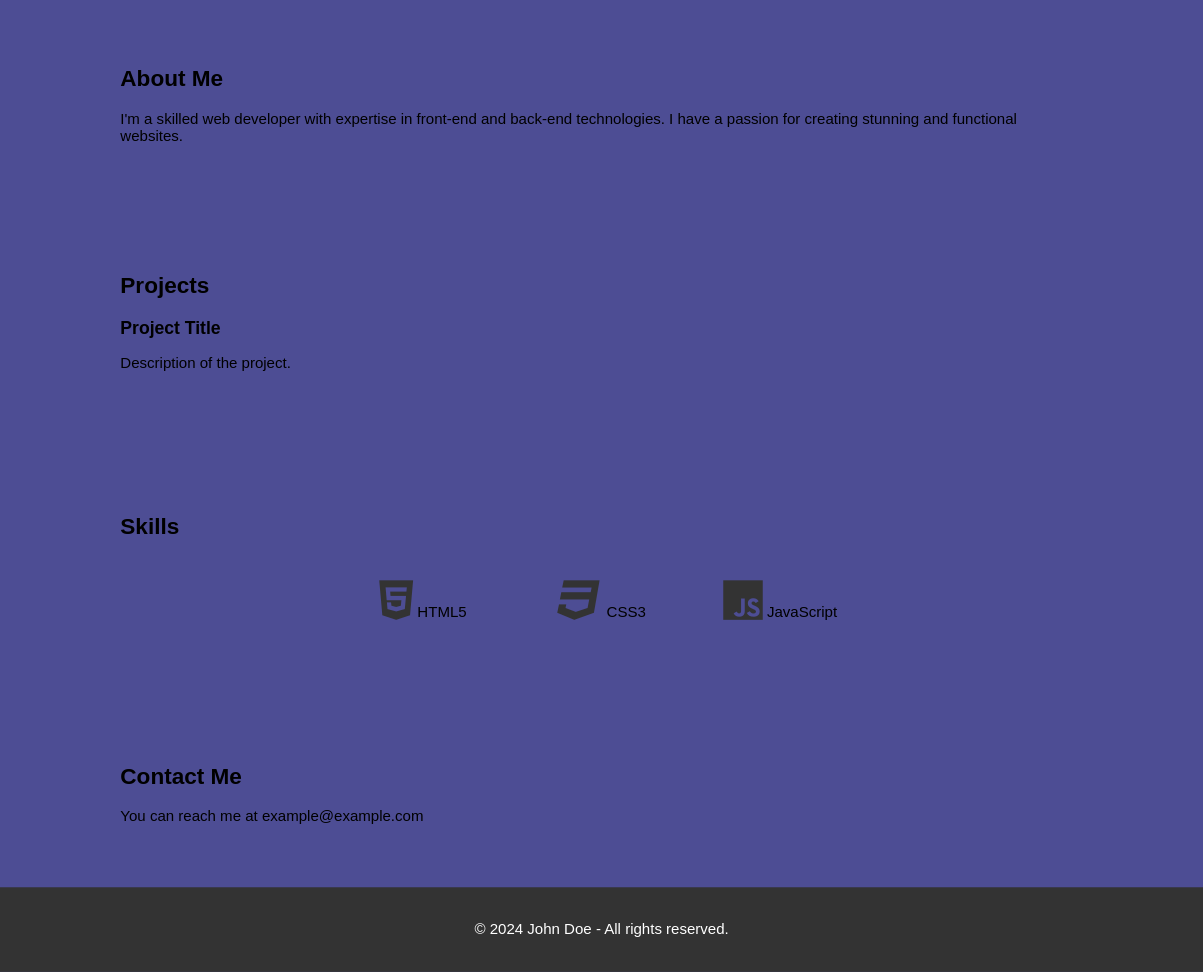
Repository: JaswanthT1/Portfolio
Page: index.html
An editor plug-in stored every save of this project. The page is shown before and after the next save, followed by the edit.
The browser window is 1280 px wide. The pictures show the part of the page from y = 718 to 1752 px (the page is 1752 px tall), at 94% of full size.

Above is the page before, as saved 2024-04-25 08:34:25.
Not found: script.js

### index.html
<!DOCTYPE html>
<html lang="en">
  <head>
    <meta charset="UTF-8" />
    <meta name="viewport" content="width=device-width, initial-scale=1.0" />
    <title>My Premium Portfolio</title>
    <link rel="stylesheet" href="style.css" />
    <link
      rel="stylesheet"
      href="https://cdnjs.cloudflare.com/ajax/libs/font-awesome/5.15.4/css/all.min.css"
    />
  </head>
  <body>
    <header>
      <div class="container">
        <h1>John Doe</h1>
        <nav>
          <ul>
            <li><a href="#about">About</a></li>
            <li><a href="#projects">Projects</a></li>
            <li><a href="#skills">Skills</a></li>
            <li><a href="#contact">Contact</a></li>
          </ul>
        </nav>
      </div>
    </header>

    <section id="hero">
      <div class="hero-content">
        <h2>Welcome to My Premium Portfolio</h2>
        <p>I'm a passionate developer ready to bring your projects to life.</p>
        <a href="#contact" class="btn">Hire Me</a>
      </div>
    </section>

    <section id="about">
      <div class="container">
        <h2>About Me</h2>
        <p>
          I'm a skilled web developer with expertise in front-end and back-end
          technologies. I have a passion for creating stunning and functional
          websites.
        </p>
      </div>
    </section>

    <section id="projects">
      <div class="container">
        <h2>Projects</h2>
        <div class="project">
          <h3>Project Title</h3>
          <p>Description of the project.</p>
        </div>
        <!-- Add more projects here -->
      </div>
    </section>

    <section id="skills">
      <div class="container">
        <h2>Skills</h2>
        <div class="skills">
          <div class="skill">
            <i class="fab fa-html5"></i>
            <span>HTML5</span>
          </div>
          <div class="skill">
            <i class="fab fa-css3"></i>
            <span>CSS3</span>
          </div>
          <div class="skill">
            <i class="fab fa-js"></i>
            <span>JavaScript</span>
          </div>
          <!-- Add more skills here -->
        </div>
      </div>
    </section>

    <section id="contact">
      <div class="container">
        <h2>Contact Me</h2>
        <p>You can reach me at example@example.com</p>
      </div>
    </section>

    <footer>
      <div class="container">
        <p>&copy; 2024 John Doe - All rights reserved.</p>
      </div>
    </footer>

    <script src="script.js"></script>
  </body>
</html>

### style.css
/* Basic styles */

body {
    font-family: Arial, sans-serif;
    margin: 0;
    padding: 0;
    background-color:rgb(77, 77, 148);
}

.container {
    width: 80%;
    margin: 0 auto;
}

header {
    background-color: #333;
    color: #fff;
    padding: 20px 0;
}

header h1 {
    margin: 0;
}

nav ul {
    list-style: none;
    padding: 0;
}

nav ul li {
    display: inline;
    margin-right: 20px;
}

nav ul li a {
    color: #fff;
    text-decoration: none;
}

section {
    padding: 50px 0;
}

/* Hero section styles */

#hero {
    background-image: url('hero-bg.jpg');
    background-size: cover;
    background-position: center;
    color: #fff;
    text-align: center;
    padding: 200px 0;
}

.hero-content {
    max-width: 600px;
    margin: 0 auto;
}

.hero-content h2 {
    font-size: 36px;
    margin-bottom: 20px;
}

.hero-content p {
    font-size: 18px;
    margin-bottom: 40px;
}

.btn {
    display: inline-block;
    background-color: #333;
    color: #fff;
    padding: 10px 20px;
    text-decoration: none;
    border-radius: 5px;
}

.btn:hover {
    background-color: #555;
}

/* Project section styles */

.project {
    margin-bottom: 30px;
}

.project h3 {
    margin-top: 0;
}

/* Skills section styles */

.skills {
    display: flex;
    flex-wrap: wrap;
    justify-content: center;
}

.skill {
    text-align: center;
    margin: 0 20px;
    padding: 20px 0;
    width: 150px;
}

.skill i {
    font-size: 48px;
    margin-bottom: 10px;
    color: #333;
}

/* Footer styles */

footer {
    background-color: #333;
    color: #fff;
    text-align: center;
    padding: 20px 0;
}

After the next save:
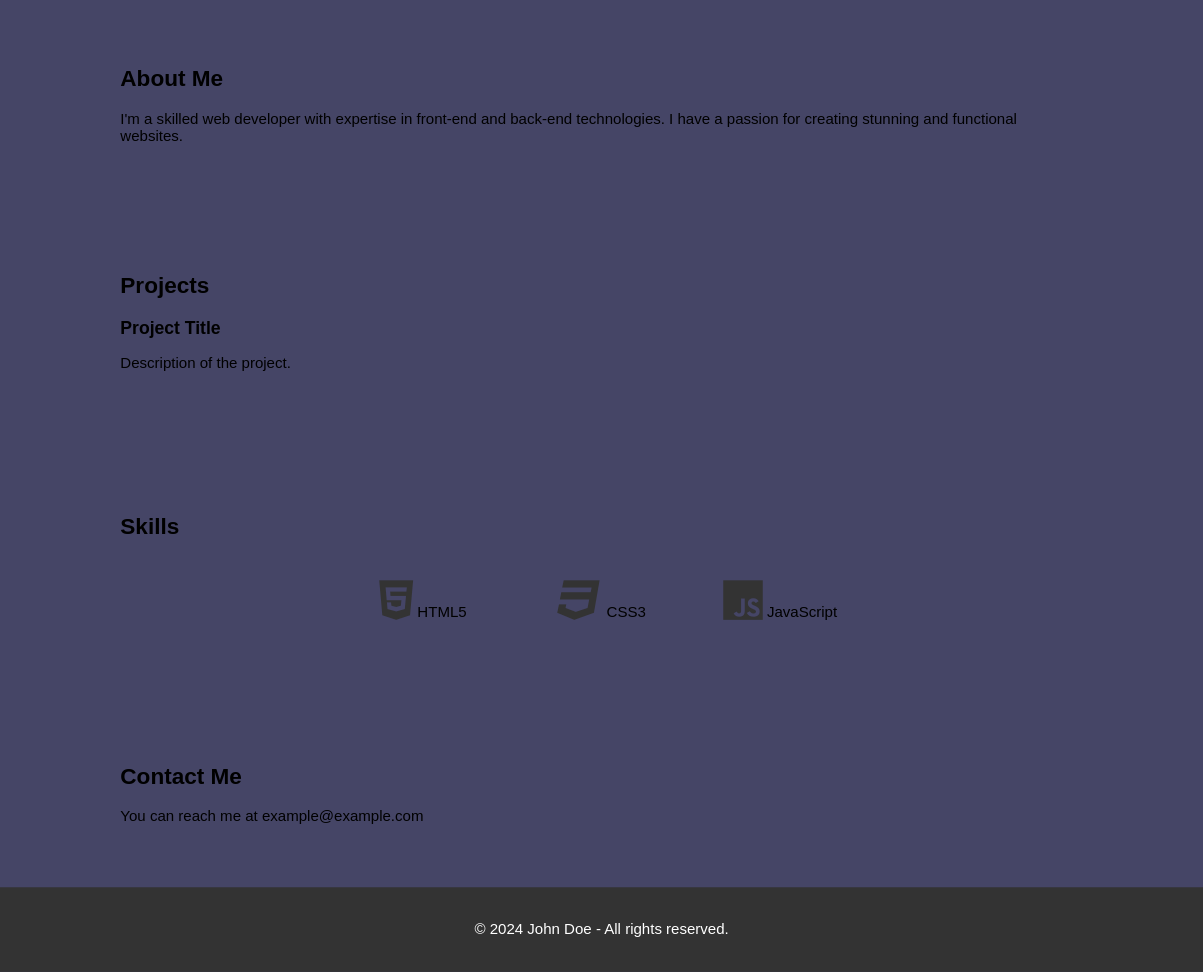
Saved 50 s later.
--- a/style.css
+++ b/style.css
@@ -4,7 +4,7 @@ body {
     font-family: Arial, sans-serif;
     margin: 0;
     padding: 0;
-    background-color:rgb(77, 77, 148);
+    background-color:rgb(69, 69, 102);
 }
 
 .container {
